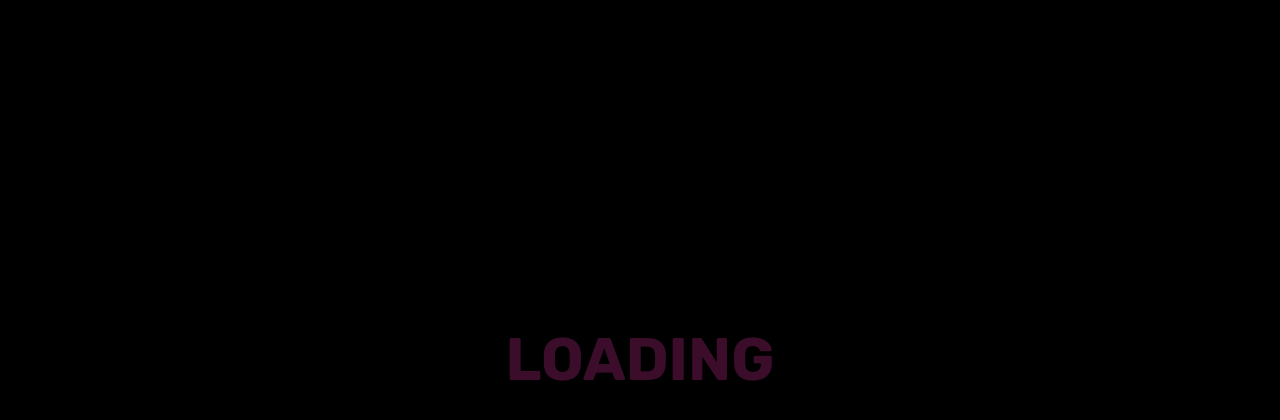
Repository: Shenixo/QuizApp
Page: /
An editor plug-in stored every save of this project. The page is shown before and after a run of saves, followed by the edit.
The browser window is 1280 px wide. The pictures show the whole page.
The page's requests for data from a server got no answer. The project was rebuilt for these pictures with package versions that can differ from the ones it lists, and the page was loaded fresh each time. No one was signed in, and anything a server would have sent is missing. Also part of the build but not shown: vite.config.js, src/App.css, src/Components/Navbar/Navbar.jsx, src/Components/Option/Option.jsx, src/Pages/Game/Game.jsx.

Above is the page before, as saved 2025-03-31 22:17:38.

After the next 12 saves:
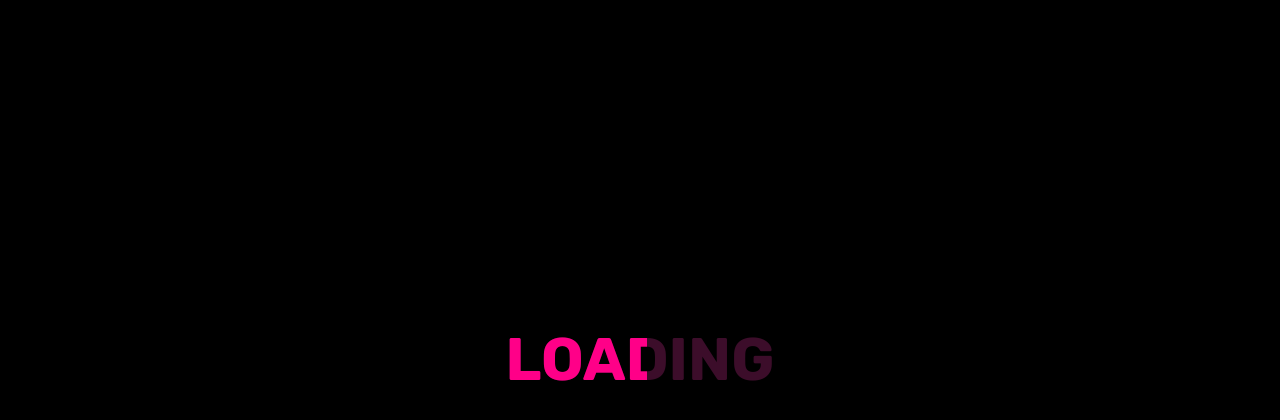
The 12 saves are shown as one change because 1 did not build or start and some came seconds apart.
The last was saved 36 s later.
--- a/src/Pages/Progress/Progress.jsx
+++ b/src/Pages/Progress/Progress.jsx
@@ -17,7 +17,9 @@
         {/* Masked Text */}
         <motion.h1
                   className="absolute inset-0 bg-gradient-to-r bg-[#ff0088] bg-clip-text text-transparent"
-                  initial={{width: 0}}
+                  initial={{ width: 0 }}
+                  animate={{ width: `${count}%` }}
+                  transition={{}}
           style={{
             width: `${count}%`,
             whiteSpace: "nowrap",
